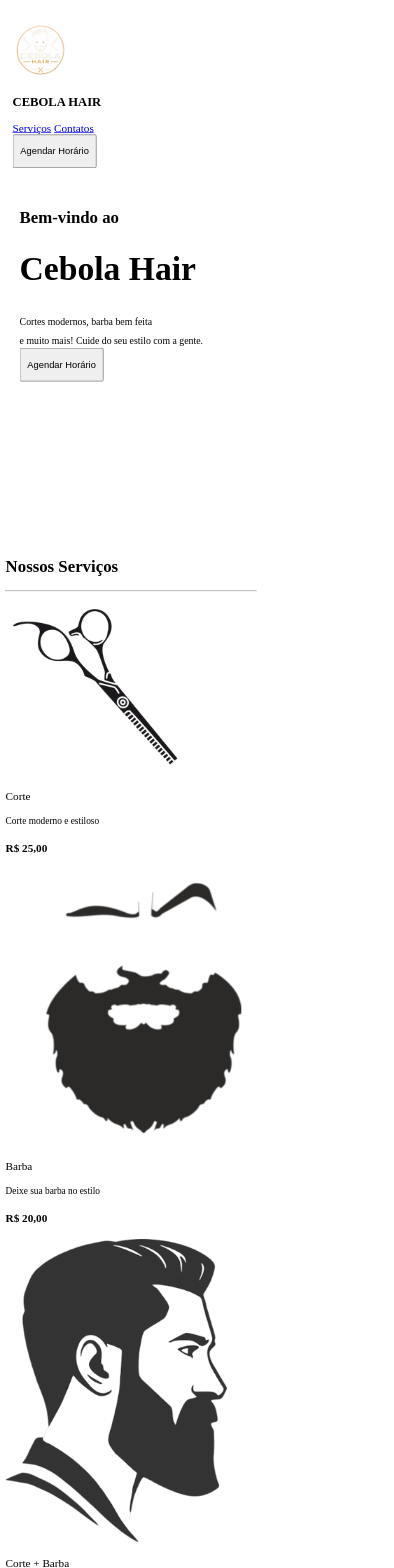
Repository: antonymsantana-design/final.activitie1
Page: index.html
These files come from the project's save history. The page is drawn as it stood at one moment and after the next save; the edit follows.
The browser window is 375 px wide. The page is 543 px wide, then 563 px, then 543 px, so the pictures cover 563 px, including what lies to the right of the window. The pictures show the part of the page from y = 0 to 2240 px (the page is 3470 px tall before and 3465 px after), at 70% of full size.

Above is the page before, as saved 2026-09-16 17:01:46.

### index.html
<!doctype html>
<html lang="pt-br">
  <head>
    <meta charset="UTF-8" />
    <meta name="viewport" content="width=device-width, initial-scale=1.0" />
    <title>Cebola Hair</title>
    <link rel="stylesheet" href="style.css" />
    <script src="script.js" defer></script>
  </head>
  <header>
    <div class="conteudoH" id="conteudoH">
      <div class="imagem" id="imagem">
        <img
          src="image/logoC.png"
          alt="logo"
          class="logoIMG"
          id="logoIMG"
        />
        <h3 class="logoH">CEBOLA HAIR</h3>
      </div>
      <div class="direitaH">
        <div class="links" id="links">
          <a href="#" class="aLinks" id="servA">Serviços</a>
          <a href="#" class="aLinks" id="contatosA">Contatos</a>
        </div>
        <div class="btnDiv" id="btnDiv">
          <button class="btn" id="btn">
            <div class="btnTxt" id="btnTxt">
              <p>Agendar Horário</p>
            </div>
          </button>
        </div>
      </div>
    </div>
  </header>

  <body>
    <div class="conteudo">
      <div class="texto">
        <h4>Bem-vindo ao</h4>
        <h1>Cebola Hair</h1>
        <small
          >Cortes modernos, barba bem feita <br />
          e muito mais! Cuide do seu estilo com a gente.</small
        >
        <button class="btn" id="btn">
          <div class="btnTxt" id="btnTxt">
            <p>Agendar Horário</p>
          </div>
        </button>
      </div>
    </div>

    <h2 class="Our" id="servicosT">Nossos Serviços</h2>
    <hr />

    <div class="cards">
      <div class="card">
        <img src="image/corte.webp" alt="tisora" class="icone" />
        <p>Corte</p>
        <small>Corte moderno e estiloso</small>
        <h4>R$ 25,00</h4>
      </div>
      <div class="card">
        <img src="image/barba(png).png" alt="tisora" class="icone" />
        <p>Barba</p>
        <small>Deixe sua barba no estilo</small>
        <h4>R$ 20,00</h4>
      </div>
      <div class="card">
        <img src="image/barba+corte(png).png" alt="tisora" class="icone" />
        <p>Corte + Barba</p>
        <small>O combo perfeito para você</small>
        <h4>R$ 25,00</h4>
      </div>
      <div class="card">
        <img
          src="image/Design sem nome.png"
          alt="tisora"
          class="icone"
        />
        <p>Sobrancelha</p>
        <small>Mais definição para o seu olhar</small>
        <h4>R$ 15,00</h4>
      </div>
    </div>

    <div class="agendar" id="agendar">
      <div class="esq">
        <h1>Agende seu horário</h1>
        <p>
          Preencha os dados abaixo e escolha o melhor <br />
          horário para você. É rápido e fácil!
        </p>
      </div>

      <div class="form">
        <div class="formCima">
            <div class="cimacima">
        <label for="nome">Nome Completo:</label><br/>
        <input type="text" name="nome" id="formI" class="forms"/>
        </div>
        </div><br/>

         <div class="quadrado">
        <div class="1">
          <label for="serv">Serviços:</label>
          <select name="serv" id="formI" class="formu">
            <option value="">Selecione o serviço</option>
            <option value="corte">Corte</option>
            <option value="barba">Barba</option>
            <option value="cort+barba">Corte + Barba</option>
            <option value="sobrancelha">Sobrancelha</option>
          </select>
          </div>

          <div class="2">
            <label for="prof">Profissional:</label>
            <select name="prof" id="formI" class="formu">
              <option value="">Selecione o serviço</option>
              <option value="cebola">Cebola</option>
            </select>
            </div>
            <div class="3">
              <label for="data">Data:</label> <br>
              <input type="date" name="data" id="formI" class="formu"/>
            </div>
            <div class="4">
              <label for="hora">Horario:</label> <br>
              <input type="time" name="hora" id="formI" class="formu"/>
            </div>
          </div>
          <div class="btnAgendar">
           <button type="button" class="agendarbtn" id="agendarbtn">Agendar</button>
            </div>
          </div>
      </div>
    </div>
  </body>
  <footer id="footer">
    <div class="direita">
      <img
        src="image/logoC.png"
        alt="logo"
        class="logoIMG"
        id="logoIMG"
      />
    </div>

    <div class="esquerda">
      <p>(79) 99847-7308</p>
      <p>@CebolaHaircut</p>
      <p>avenida coelho e campos, 348 - Getulio vargas SE</p>
    </div>
  </footer>
</html>

### style.css
@media (max-width: 900px) {

    header {
        height: auto;
        padding: 15px 0;
    }

    .conteudoH {
        padding-right: 20px;
        padding-left: 20px;
        flex-wrap: wrap;
        gap: 15px;
    }

    .imagem {
        margin-left: 0;
        gap: 10px;
    }

    .logoIMG {
        width: 80px;
        height: 80px;
    }

    .logoH {
        font-size: 18px;
    }

    .direitaH {
        gap: 15px;
    }

    .links {
        padding-right: 0;
        gap: 10px;
        font-size: 16px;
    }

    .btn {
        width: 120px;
    }

    .texto {
        padding-left: 30px;
        font-size: 30px;
    }

    .cards {
        flex-wrap: wrap;
        gap: 20px;
    }

    .agendar {
        flex-direction: column;
        gap: 30px;
        padding: 30px 20px;
    }

    .esq {
        text-align: center;
        font-size: 20px;
    }

    .form {
        width: 90%;
        height: auto;
        padding: 20px;
    }

    .quadrado {
        column-gap: 30px;
        margin-right: 0;
    }

    .forms {
        width: 100%;
    }

    .formu {
        width: 100%;
    }

    .agendarbtn {
        width: 100%;
    }

    footer {
        padding: 20px;
        gap: 20px;
    }
}

@media (max-width: 600px) {

    .conteudoH {
        flex-direction: column;
        padding: 10px;
    }

    .imagem {
        flex-direction: column;
    }

    .direitaH {
        flex-direction: column;
    }

    .links {
        padding-right: 0;
    }

    .conteudo {
        height: 60vh;
    }

    .texto {
        padding-left: 20px;
        padding-right: 20px;
        font-size: 24px;
    }

    .texto small {
        font-size: 14px;
    }

    .cards {
        flex-direction: column;
        align-items: center;
    }

    .card {
        width: 80%;
    }

    .agendar {
        padding: 30px 10px;
    }

    .form {
        width: 90%;
    }

    .quadrado {
        grid-template-columns: 1fr;
        gap: 15px;
    }

    .esq h1 {
        font-size: 28px;
    }

    .esq p {
        font-size: 15px;
    }

    footer {
        flex-direction: column;
        text-align: center;
        padding: 20px 10px;
    }
}

### script.js
let agendaroll = document.querySelectorAll(".btn")

agendaroll.forEach(function (botao) {

    botao.addEventListener("click", function () {
        document.getElementById("agendar").scrollIntoView({
            behavior: "smooth"
        })
    })

})

let service = document.getElementById("servA")

service.addEventListener("click", function () {
    document.getElementById("servicosT").scrollIntoView({ behavior: "smooth" })
})

let contatos = document.getElementById("contatosA")

contatos.addEventListener("click", function () {
    document.getElementById("footer").scrollIntoView({ behavior: "smooth" })
})

let agendarbtn = document.getElementById("agendarbtn")



agendarbtn.addEventListener("click", function(){
    if(document.getElementById("formI").value === ""){
        window.alert("dados não preenchidos")
    } else{
    window.alert("Agendado paizão")
    }
})

After the next save:
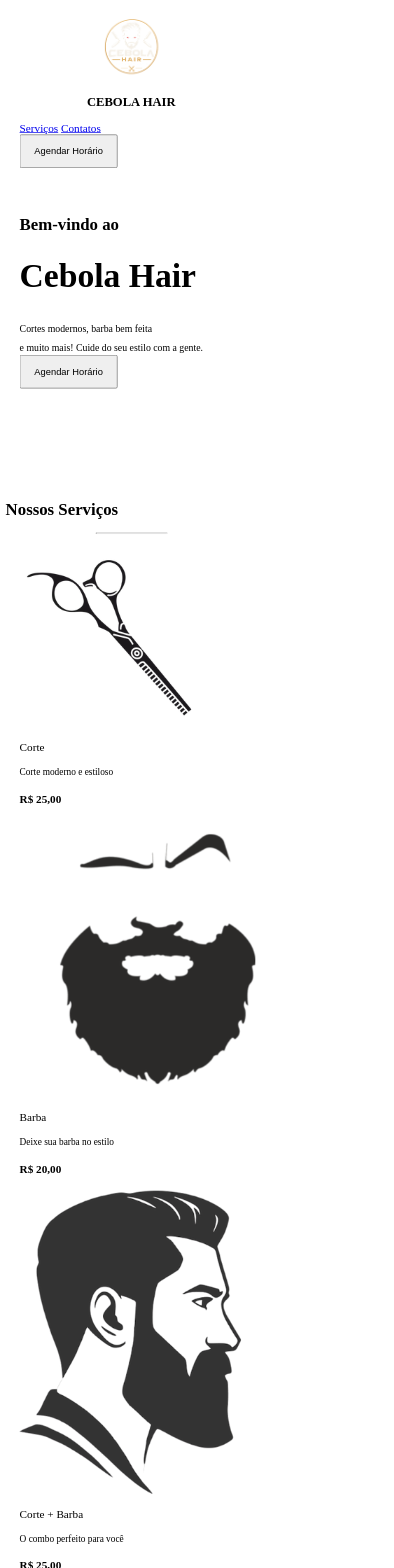
Saved 3 min 15 s later.
--- a/style.css
+++ b/style.css
@@ -2,63 +2,71 @@
 
     header {
         height: auto;
-        padding: 15px 0;
     }
 
     .conteudoH {
-        padding-right: 20px;
-        padding-left: 20px;
+        padding: 15px 20px;
+        flex-direction: column;
+        gap: 20px;
+    }
+
+    .imagem {
+        margin-left: 0;
+        margin-top: 0;
+    }
+
+    .direitaH {
+        flex-direction: column;
+        gap: 20px;
+    }
+
+    .links {
+        padding-right: 0;
         flex-wrap: wrap;
         gap: 15px;
     }
 
-    .imagem {
-        margin-left: 0;
-        gap: 10px;
+    .btnDiv {
+        justify-content: center;
     }
 
-    .logoIMG {
-        width: 80px;
-        height: 80px;
-    }
-
-    .logoH {
-        font-size: 18px;
-    }
-
-    .direitaH {
-        gap: 15px;
-    }
-
-    .links {
-        padding-right: 0;
-        gap: 10px;
-        font-size: 16px;
-    }
-
-    .btn {
-        width: 120px;
+    .conteudo {
+        height: 60vh;
     }
 
     .texto {
-        padding-left: 30px;
+        height: 60vh;
+        padding: 20px;
         font-size: 30px;
     }
 
     .cards {
         flex-wrap: wrap;
+        padding: 20px;
         gap: 20px;
+    }
+
+    .card {
+        width: 270px;
+    }
+
+    hr {
+        width: 100px;
+        margin: auto;
     }
 
     .agendar {
         flex-direction: column;
         gap: 30px;
-        padding: 30px 20px;
+        padding: 40px 20px;
     }
 
     .esq {
         text-align: center;
-        font-size: 20px;
+    }
+
+    .esq p {
+        font-size: 16px;
     }
 
     .form {
@@ -67,13 +75,16 @@
         padding: 20px;
     }
 
-    .quadrado {
-        column-gap: 30px;
-        margin-right: 0;
+    .forms {
+        width: 100%;
     }
 
-    .forms {
+    .quadrado {
         width: 100%;
+        grid-template-columns: 1fr 1fr;
+        column-gap: 20px;
+        row-gap: 20px;
+        margin-right: 0;
     }
 
     .formu {
@@ -85,37 +96,44 @@
     }
 
     footer {
-        padding: 20px;
+        padding: 30px 20px;
         gap: 20px;
     }
 }
 
 @media (max-width: 600px) {
 
-    .conteudoH {
-        flex-direction: column;
-        padding: 10px;
+    .logoIMG {
+        width: 90px;
+        height: 90px;
     }
 
     .imagem {
         flex-direction: column;
+        gap: 5px;
+        text-align: center;
     }
 
-    .direitaH {
-        flex-direction: column;
+    .logoH {
+        font-size: 18px;
     }
 
     .links {
-        padding-right: 0;
+        flex-direction: column;
+        align-items: center;
+    }
+
+    .btn {
+        width: 140px;
     }
 
     .conteudo {
-        height: 60vh;
+        height: 55vh;
     }
 
     .texto {
-        padding-left: 20px;
-        padding-right: 20px;
+        height: 55vh;
+        padding: 20px;
         font-size: 24px;
     }
 
@@ -129,15 +147,29 @@
     }
 
     .card {
-        width: 80%;
+        width: 90%;
+        max-width: 270px;
     }
 
     .agendar {
         padding: 30px 10px;
     }
 
+    .esq h1 {
+        font-size: 28px;
+    }
+
+    .esq p {
+        font-size: 14px;
+    }
+
+    .esq p br {
+        display: none;
+    }
+
     .form {
         width: 90%;
+        padding: 15px;
     }
 
     .quadrado {
@@ -145,17 +177,21 @@
         gap: 15px;
     }
 
-    .esq h1 {
-        font-size: 28px;
+    .cimacima {
+        width: 100%;
     }
 
-    .esq p {
-        font-size: 15px;
+    .forms {
+        width: 100%;
     }
 
     footer {
         flex-direction: column;
         text-align: center;
-        padding: 20px 10px;
+    }
+
+    footer .logoIMG {
+        width: 100px;
+        height: 100px;
     }
 }

After the save that followed:
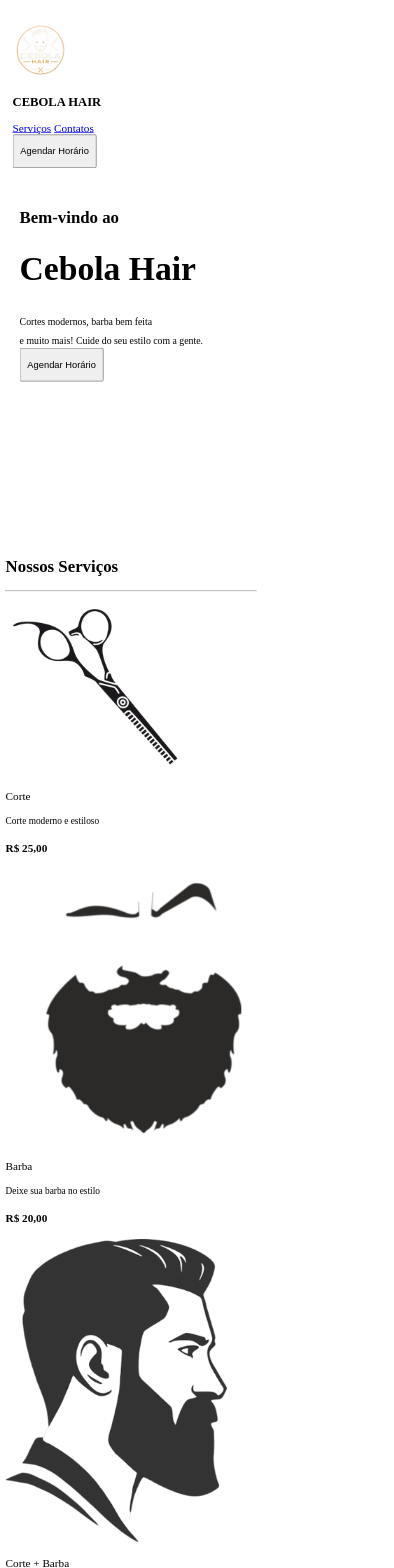
Saved 38 s later.
--- a/style.css
+++ b/style.css
@@ -2,71 +2,63 @@
 
     header {
         height: auto;
+        padding: 15px 0;
     }
 
     .conteudoH {
-        padding: 15px 20px;
-        flex-direction: column;
-        gap: 20px;
+        padding-right: 20px;
+        padding-left: 20px;
+        flex-wrap: wrap;
+        gap: 15px;
     }
 
     .imagem {
         margin-left: 0;
-        margin-top: 0;
+        gap: 10px;
+    }
+
+    .logoIMG {
+        width: 80px;
+        height: 80px;
+    }
+
+    .logoH {
+        font-size: 18px;
     }
 
     .direitaH {
-        flex-direction: column;
-        gap: 20px;
+        gap: 15px;
     }
 
     .links {
         padding-right: 0;
-        flex-wrap: wrap;
-        gap: 15px;
+        gap: 10px;
+        font-size: 16px;
     }
 
-    .btnDiv {
-        justify-content: center;
-    }
-
-    .conteudo {
-        height: 60vh;
+    .btn {
+        width: 120px;
     }
 
     .texto {
-        height: 60vh;
-        padding: 20px;
+        padding-left: 30px;
         font-size: 30px;
     }
 
     .cards {
         flex-wrap: wrap;
-        padding: 20px;
         gap: 20px;
-    }
-
-    .card {
-        width: 270px;
-    }
-
-    hr {
-        width: 100px;
-        margin: auto;
     }
 
     .agendar {
         flex-direction: column;
         gap: 30px;
-        padding: 40px 20px;
+        padding: 30px 20px;
     }
 
     .esq {
         text-align: center;
-    }
-
-    .esq p {
-        font-size: 16px;
+        font-size: 20px;
     }
 
     .form {
@@ -75,16 +67,13 @@
         padding: 20px;
     }
 
+    .quadrado {
+        column-gap: 30px;
+        margin-right: 0;
+    }
+
     .forms {
         width: 100%;
-    }
-
-    .quadrado {
-        width: 100%;
-        grid-template-columns: 1fr 1fr;
-        column-gap: 20px;
-        row-gap: 20px;
-        margin-right: 0;
     }
 
     .formu {
@@ -96,44 +85,37 @@
     }
 
     footer {
-        padding: 30px 20px;
+        padding: 20px;
         gap: 20px;
     }
 }
 
 @media (max-width: 600px) {
 
-    .logoIMG {
-        width: 90px;
-        height: 90px;
+    .conteudoH {
+        flex-direction: column;
+        padding: 10px;
     }
 
     .imagem {
         flex-direction: column;
-        gap: 5px;
-        text-align: center;
     }
 
-    .logoH {
-        font-size: 18px;
+    .direitaH {
+        flex-direction: column;
     }
 
     .links {
-        flex-direction: column;
-        align-items: center;
-    }
-
-    .btn {
-        width: 140px;
+        padding-right: 0;
     }
 
     .conteudo {
-        height: 55vh;
+        height: 60vh;
     }
 
     .texto {
-        height: 55vh;
-        padding: 20px;
+        padding-left: 20px;
+        padding-right: 20px;
         font-size: 24px;
     }
 
@@ -147,12 +129,20 @@
     }
 
     .card {
-        width: 90%;
-        max-width: 270px;
+        width: 80%;
     }
 
     .agendar {
         padding: 30px 10px;
+    }
+
+    .form {
+        width: 90%;
+    }
+
+    .quadrado {
+        grid-template-columns: 1fr;
+        gap: 15px;
     }
 
     .esq h1 {
@@ -160,38 +150,12 @@
     }
 
     .esq p {
-        font-size: 14px;
-    }
-
-    .esq p br {
-        display: none;
-    }
-
-    .form {
-        width: 90%;
-        padding: 15px;
-    }
-
-    .quadrado {
-        grid-template-columns: 1fr;
-        gap: 15px;
-    }
-
-    .cimacima {
-        width: 100%;
-    }
-
-    .forms {
-        width: 100%;
+        font-size: 15px;
     }
 
     footer {
         flex-direction: column;
         text-align: center;
-    }
-
-    footer .logoIMG {
-        width: 100px;
-        height: 100px;
+        padding: 20px 10px;
     }
 }
